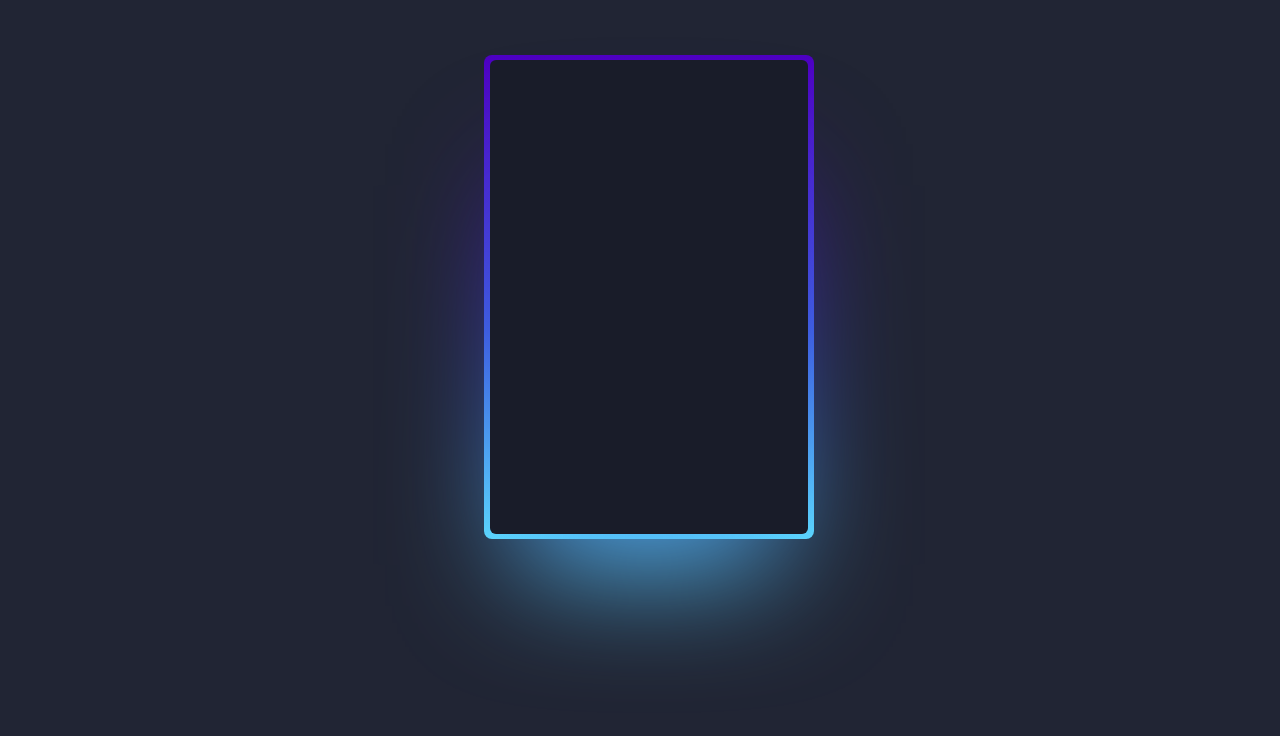
Repository: mertfurkandgn/artpainting
Page: card-1/index.html
The author's editor kept a copy of each file at every save. The page is drawn from the files as they stood at one save, then again after the next save.
The browser window is 1280 px wide. The pictures show the whole page.

Above is the page before, as saved 2025-07-30 22:33:32.

After the next save:
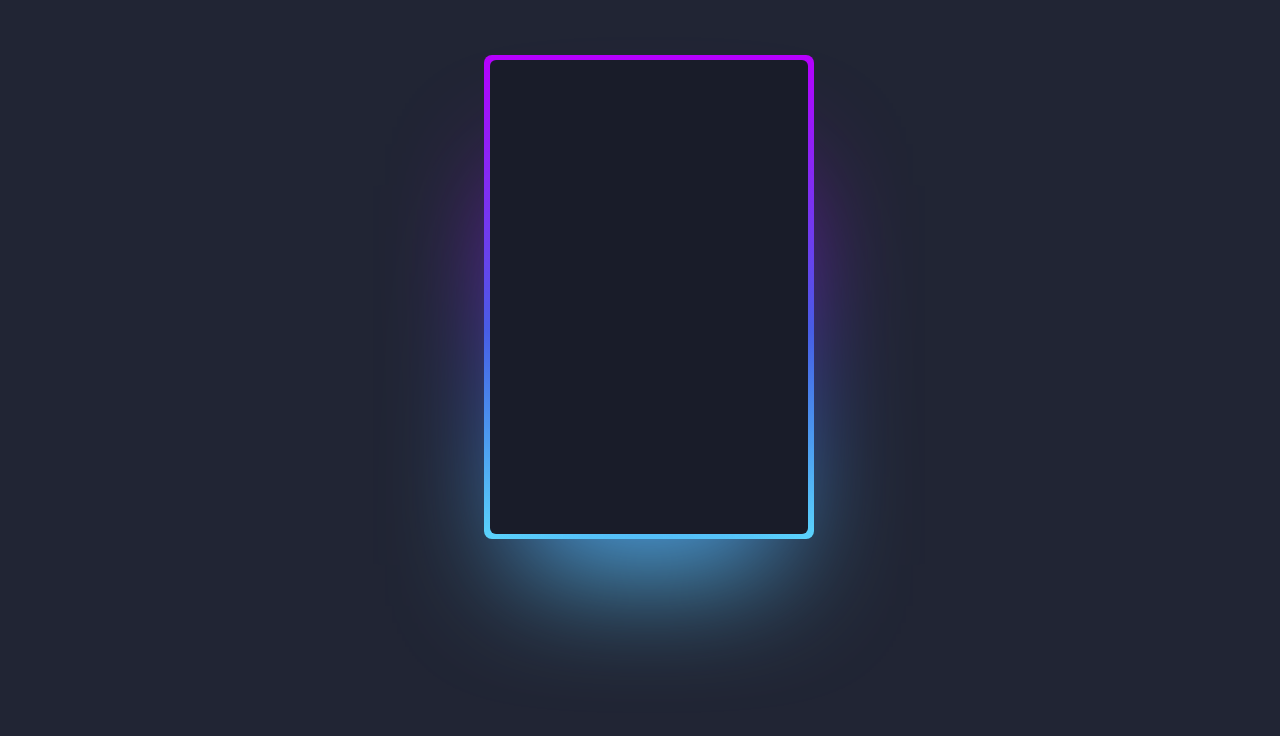
Saved 35 s later.
--- a/card-1/css/style.css
+++ b/card-1/css/style.css
@@ -106,7 +106,7 @@ body {
   border-radius: 8px;
   background-image: linear-gradient(
     var(--rotate)
-    , #5ddcff, #3c67e3 43%, #4e00c2);
+    , #5ddcff, #3c67e3 43%, #b700ff);
     position: absolute;
     z-index: -1;
     top: -1%;
@@ -128,7 +128,7 @@ body {
   filter: blur(calc(var(--card-height) / 6));
   background-image: linear-gradient(
     var(--rotate)
-    , #5ddcff, #3c67e3 43%, #4e00c2);
+    , #5ddcff, #3c67e3 43%, #b700ff);
     opacity: 1;
   transition: opacity .5s;
   animation: spin 2.5s linear infinite;
